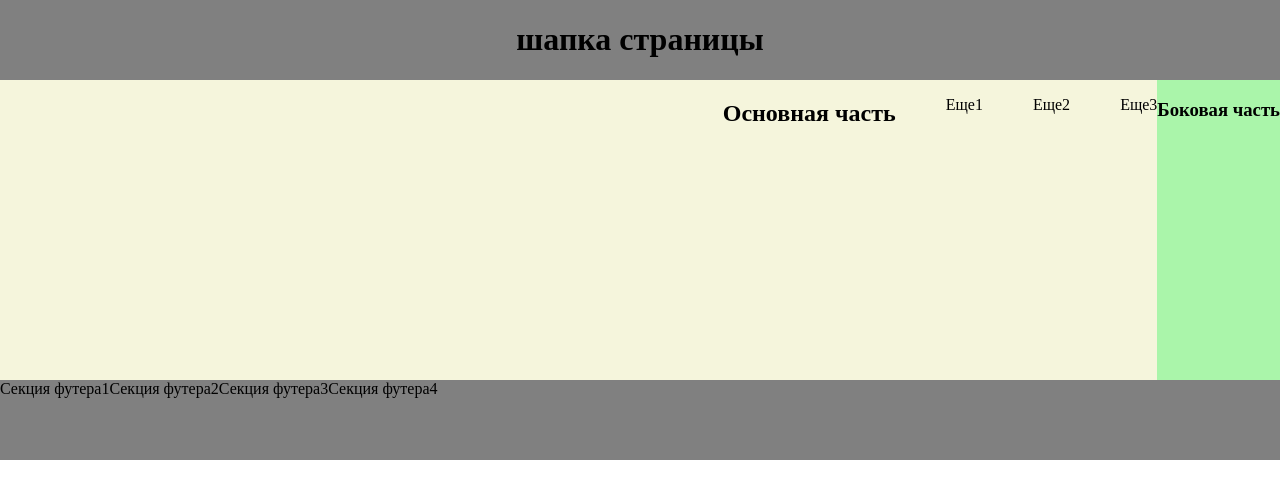
Repository: IrinaGetmanenko/week5
Page: week5/index.html
These files come from the project's save history. The page is drawn as it stood at one moment and after the next save; the edit follows.
The browser window is 1280 px wide. The pictures show the whole page.

Above is the page before, as saved 2022-08-28 13:17:21.

### week5/index.html
<!DOCTYPE html>
<html lang="en">
<head>
    <meta charset="UTF-8">
    <meta http-equiv="X-UA-Compatible" content="IE=edge">
    <meta name="viewport" content="width=device-width, initial-scale=1.0">
    <link rel="stylesheet" href="normalize.css">
    <title>Document</title>
    <style>
        .h1{
           display: flex;
           justify-content: center;
           height: 80px;
           background-color: gray;
        }

        .container1{
            display: flex;
            flex-wrap: wrap;
            height: 300px;
            background-color: beige;
            justify-content: flex-end;

        }
        .main1{
           flex-basis: 50px;


        }

        .main2{
            flex-basis: 50px;



}
       .main3{
        flex-basis: 50px;

}

.aside{

    height: 300px;
    background-color: rgb(170, 245, 170);
}
.footer{
display: flex;
height: 80px;
background-color: gray;
}


    </style>
</head>
<body>
    <header>
        <div class="h1">
            <h1>шапка страницы</h1>
    </header>

    <main>
        <div class="container1"><h2>Основная часть</h2>

        <div class="main1"></div>
        <p>Еще1</p>

        <div class="main2"></div>
        <p>Еще2</p>

        <div class="main3"></div>
        <p>Еще3</p>
        <div class="aside"><h3>Боковая часть</h3>

        </div>
    </div>

    </main>

     <div class="footer">
        <div>Секция футера1</div>
        <div>Секция футера2</div>
        <div>Секция футера3</div>
        <div>Секция футера4</div>
    </div>


</body>
</html>

Loaded but not shown: week5/normalize.css (library)

After the next save:
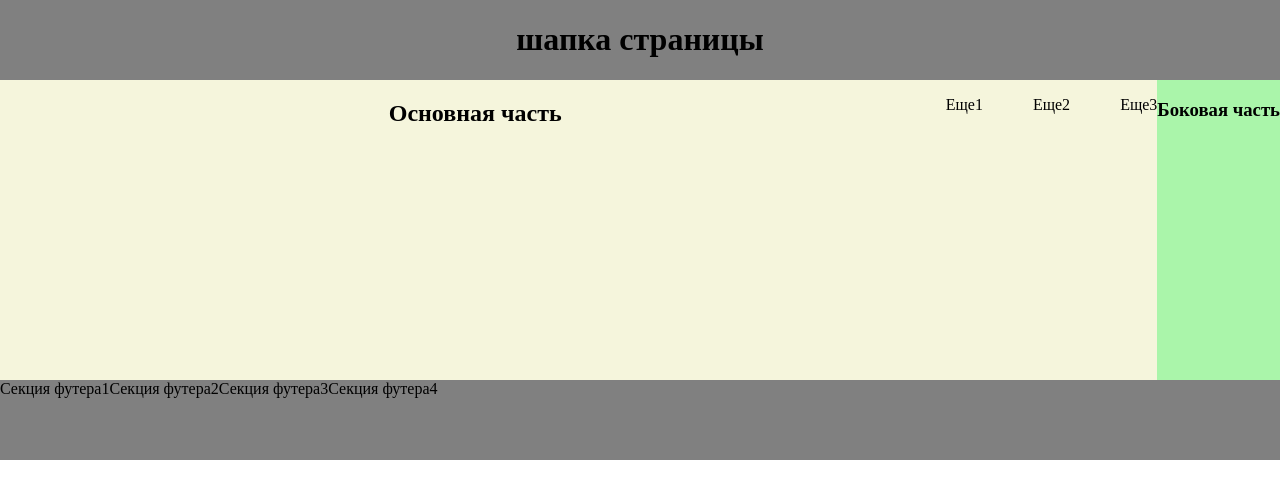
Saved 2 min 14 s later.
--- a/week5/index.html
+++ b/week5/index.html
@@ -23,7 +23,7 @@
 
         }
         .main1{
-           flex-basis: 50px;
+           width: 30%;
 
 
         }
